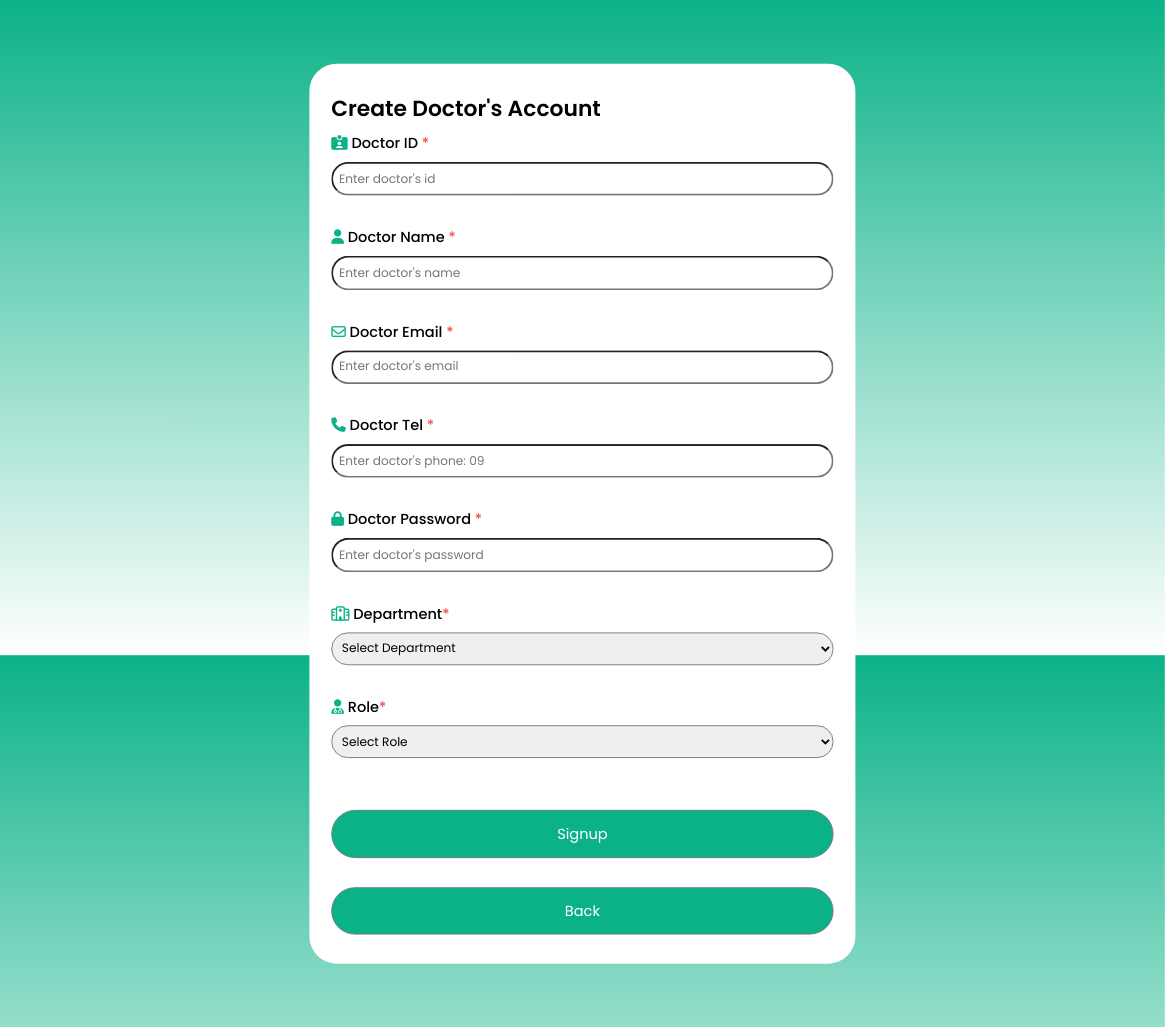
Repository: theonlymono/FitfinityHealthcareWebsiteJ2EE
Page: http://localhost/Fitfinity/drSignUp.jsp
An editor plug-in stored every save of this project. The page is shown before and after the next save, followed by the edit.
The browser window is 1280 px wide. The pictures show the whole page, at 91% of full size.
Backgrounds fixed to the window are drawn as part of the page. The page is served by Tomcat 9. Other server files are loaded and not shown.

Above is the page before, as saved 2024-02-27 17:25:22.

### fitfinity/Fitfinity/WebContent/drSignUp.jsp
<!DOCTYPE html>
<html>
<head>
    <title>Form Validation</title>
    <meta name="viewport" content="width=device-width, initial-scale=1" />
    <link rel="icon" href="./image/logo.png">
    <link rel="stylesheet" href="https://cdnjs.cloudflare.com/ajax/libs/font-awesome/6.5.1/css/all.min.css">

    <!-- Google Fonts -->
    <link href="https://fonts.googleapis.com/css2?family=Poppins:wght@400;500;600&display=swap" rel="stylesheet" />
    <style>
        * {
            padding: 0;
            margin: 0;
            box-sizing: border-box;
            font-family: "Poppins", sans-serif;
        }

        body {
            background: rgb(53,117,254);
            background: linear-gradient(180deg, #0bb288 0%, #0bb288 0%, white 100%);
            background-size: cover;
            background-position: center;
            background-attachment: fixed;
            background-repeat: no-repeat;
            background-size: cover;
        }

        .container {
            width: 90vw;
            max-width: 600px;
            padding: 2em 1.5em;
            background-color: #ffffff;
            margin: 70px auto;
            border-radius: 30px;
        }

        h4 {
            font-size: 1.5em;
        }

        .input-section {
            margin: 0.5em 0;
        }

        label, .error-message {
            display: block;
            font-size: 1em;
        }

        label {
            margin-bottom: 0.5em;
            font-weight: 500;
        }

        .error-message {
            margin-top: 0.2em;
            color: red;
        }

        input, select, button {
            display: block;
            outline: none;
            width: 100%;
            padding: 0.5em;
            border-radius: 30px;
        }

        input[type="radio"] {
            width: fit-content;
        }

        button {
            font-size: 1em;
            background-color: #0bb288;
            border: 1px solid #75777d;
            color: #ffffff;
            padding: 0.8em 0;
            margin-top: 2em;
        }

        .required-color {
            color: #ff4747;
        }

        .error {
            border-color: #ff4747;
        }

        .valid {
            border-color: #37a137;
        }

        .hide {
            display: none;
        }

        @media only screen and (max-width: 450px) {
            .container {
                font-size: 14px;
            }
        }
    </style>
</head>
<body>
<div class="container">
    <form action="${pageContext.request.contextPath}/AddDoctor" method="post">
        <h4>Create Doctor's Account</h4>

        <!-- Doctor ID -->
        <div class="input-section">
            <label>
                <i class="fa-solid fa-id-card-clip" style="color: #0bb288;"></i> Doctor ID <span class="required-color">*</span>
            </label>
            <input type="text" placeholder="Enter doctor's id" name="doctorID" id="doctorID" value="${param.doctorID}" required/>
            <% String error1 = (String) request.getAttribute("message1");
            if(error1!=null)
            {
            %>
            <span class="error-message"> <%= error1 %>  </span> <br>
            <% } else { %>
            <br>
            <% } %>
        </div>

        <!-- Doctor Name -->
        <div class="input-section">
            <label>
                <i class="fa-solid fa-user" style="color: #0bb288;"></i> Doctor Name <span class="required-color">*</span>
            </label>
            <input type="text" placeholder="Enter doctor's name" name="doctorName" id="doctorName" value="${param.doctorName}" required/>
            <% String error2 = (String) request.getAttribute("message2");
            if(error2!=null)
            {
            %>
            <span class="error-message"> <%= error2 %>  </span> <br>
            <% } else { %>
            <br>
            <% } %>
        </div>

        <!-- Doctor Email -->
        <div class="input-section">
            <label>
                <i class="fa-regular fa-envelope" style="color: #0bb288;"></i> Doctor Email <span class="required-color">*</span>
            </label>
            <input type="text" name="doctorEmail" id="doctorEmail" value="${param.doctorEmail}" placeholder="Enter doctor's email" required>
            <% String error3 = (String) request.getAttribute("message3");
            if(error3!=null)
            {
            %>
            <span class="error-message"> <%= error3 %>  </span> <br>
            <% } else { %>
            <br>
            <% } %>
        </div>

        <!-- Doctor Tel -->
        <div class="input-section">
            <label>
                <i class="fa-solid fa-phone" style="color: #0bb288;"></i> Doctor Tel <span class="required-color">*</span>
            </label>
            <input type="text" name="doctorTel" id="doctorTel" placeholder="Enter doctor's phone: 09" value="${param.doctorTel}" required>
            <% String error4 = (String) request.getAttribute("message4");
            if(error4!=null)
            {
            %>
            <span class="error-message"> <%= error4 %>  </span> <br>
            <% } else { %>
            <br>
            <% } %>
        </div>

        <!-- Doctor Password -->
        <div class="input-section">
            <label>
                <i class="fa-solid fa-lock" style="color: #0bb288;"></i> Doctor Password <span class="required-color">*</span>
            </label>
            <input type="password" placeholder="Enter doctor's password" name="doctorPwd" id="doctorPwd" value="${param.doctorPwd}" required/>
            <% String error5 = (String) request.getAttribute("message5");
            if(error5!=null)
            {
            %>
            <span class="error-message"> <%= error5 %>  </span> <br>
            <% } else { %>
            <br>
            <% } %>
        </div>

        <!-- Department -->
        <div class="input-section">
            <label>
                <i class="fa-regular fa-hospital" style="color: #0bb288;"></i> Department<span class="required-color">*</span>
            </label>
            <select name="deptID" id="deptID" required>
                <option value="">Select Department</option>
                <option value="D-1">Cardiology</option>
                <option value="D-2">Dermatology</option>
                <option value="D-3">Otolaryngology</option>
                <option value="D-4">Emergency</option>
                <option value="D-5">Orthopaedic</option>
                <option value="D-6">Neurology</option>
                <option value="D-7">Obstetrics & Gynaecology</option>
            </select>
            <% String error6 = (String) request.getAttribute("message6");
            if(error6!=null)
            {
            %>
            <span class="error-message"> <%= error6 %>  </span> <br>
            <% } else { %>
            <br>
            <% } %>
        </div>

        <!-- Role -->
        <div class="input-section">
            <label>
                <i class="fa-solid fa-user-doctor" style="color: #0bb288;"></i> Role<span class="required-color">*</span>
            </label>
            <select name="roleID" id="roleID" required>
                <option value="">Select Role</option>
                <option value="R-1">Professor</option>
                <option value="R-2">Assistant Professor</option>
                <option value="R-3">Fellow</option>
            </select>
            <% String error8 = (String) request.getAttribute("message8");
            if(error8!=null)
            {
            %>
            <span class="error-message"> <%= error8 %>  </span> <br>
            <% } else { %>
            <br>
            <% } %>
        </div>

        <!-- Submit Button -->
        <button id="submit-button" class="btn btn-success" data-bs-toggle="modal" data-bs-target="#exampleModal" style="background-color: #0bb288"> Signup </button>
        <button style="background-color: #0bb288">
            <a style="padding-left: 45%; padding-right: 45%; padding-top: 2%; padding-bottom: 2%; text-decoration: none; color: #ffffff;" href="./main.jsp"> Back </a>
        </button>
    </form>
</div>
</body>
</html>

After the next save:
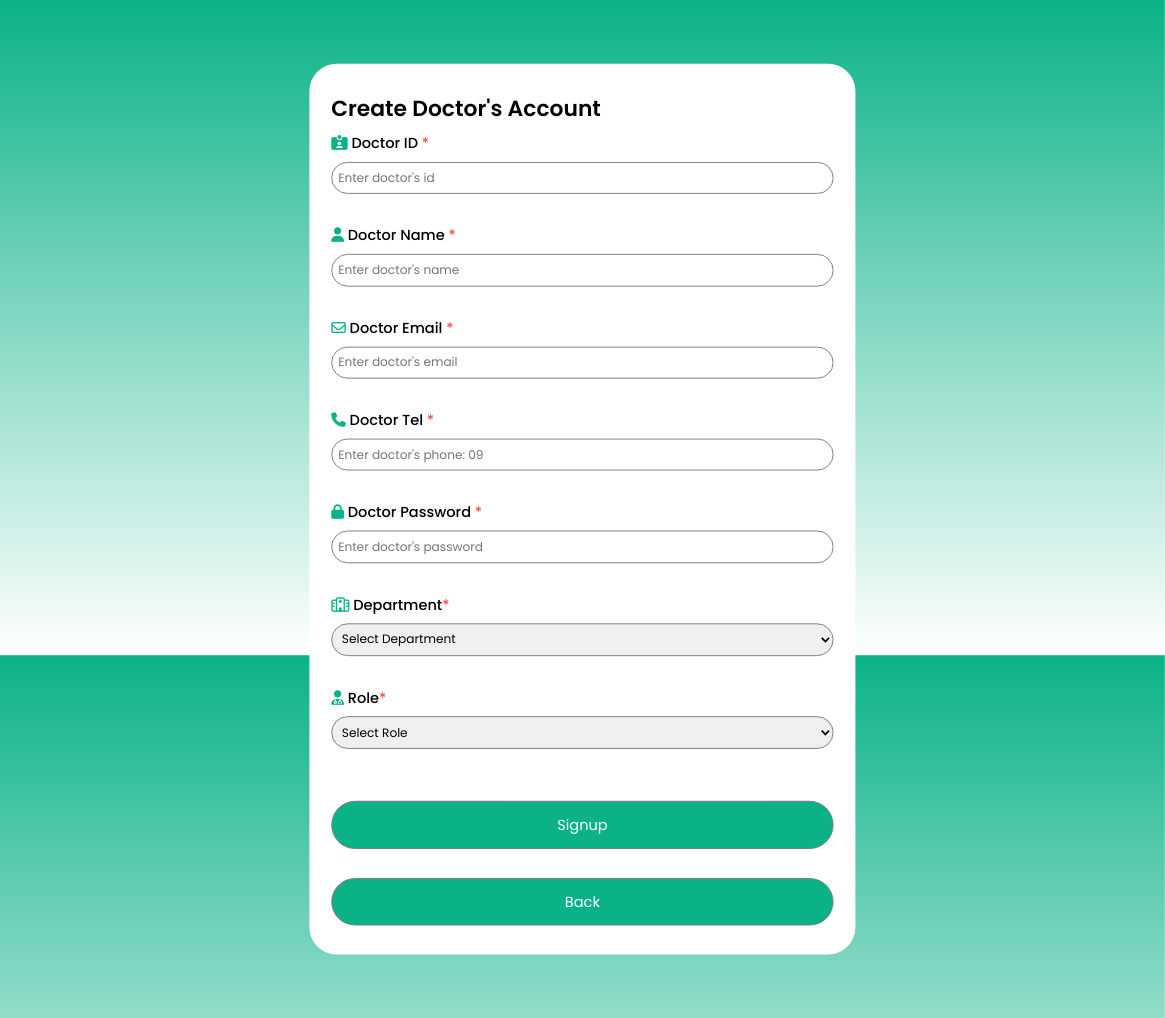
Saved 53 s later.
--- a/fitfinity/Fitfinity/WebContent/drSignUp.jsp
+++ b/fitfinity/Fitfinity/WebContent/drSignUp.jsp
@@ -61,6 +61,7 @@
         input, select, button {
             display: block;
             outline: none;
+            border: 1px solid #75777d;
             width: 100%;
             padding: 0.5em;
             border-radius: 30px;
